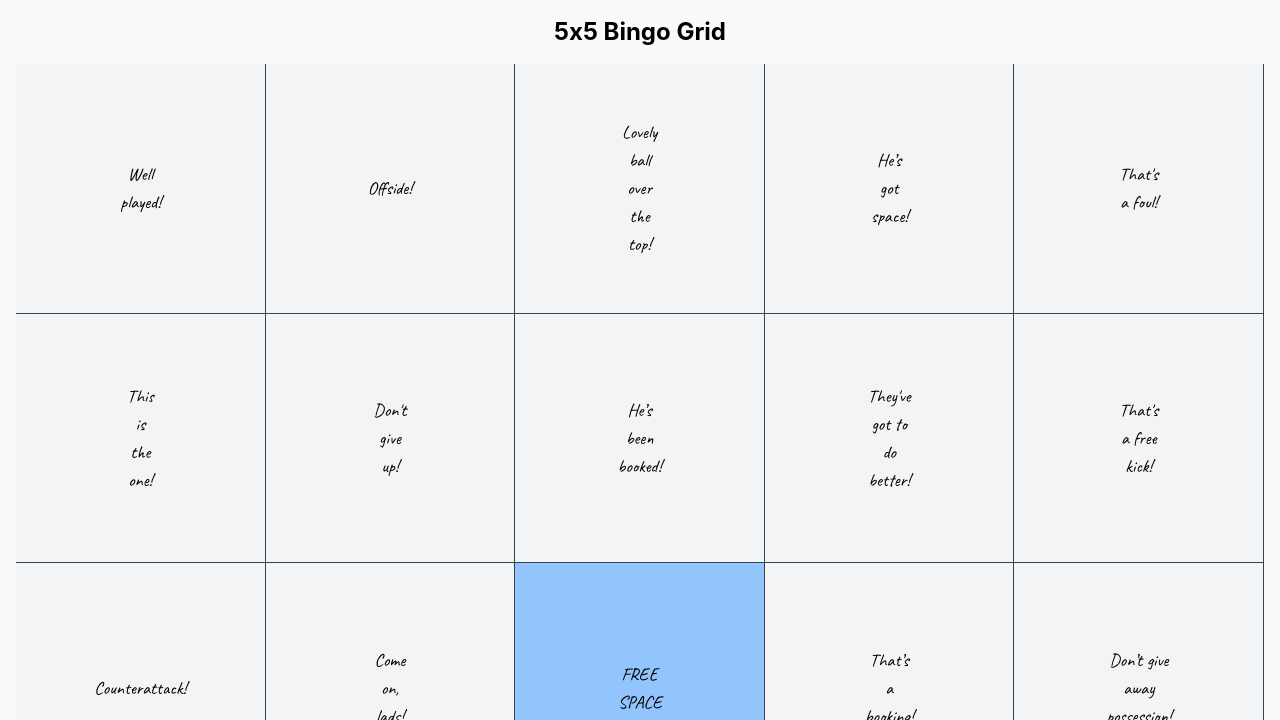
Repository: yassirbn/football-bingo
Page: /
An editor plug-in stored every save of this project. The page is shown before and after the next save, followed by the edit.
The browser window is 1280 px wide. The pictures show the whole page.
The project was rebuilt for these pictures with package versions that can differ from the ones it lists, and the page was loaded fresh each time.

Above is the page before, as saved 2024-11-27 12:29:13.

After the next save:
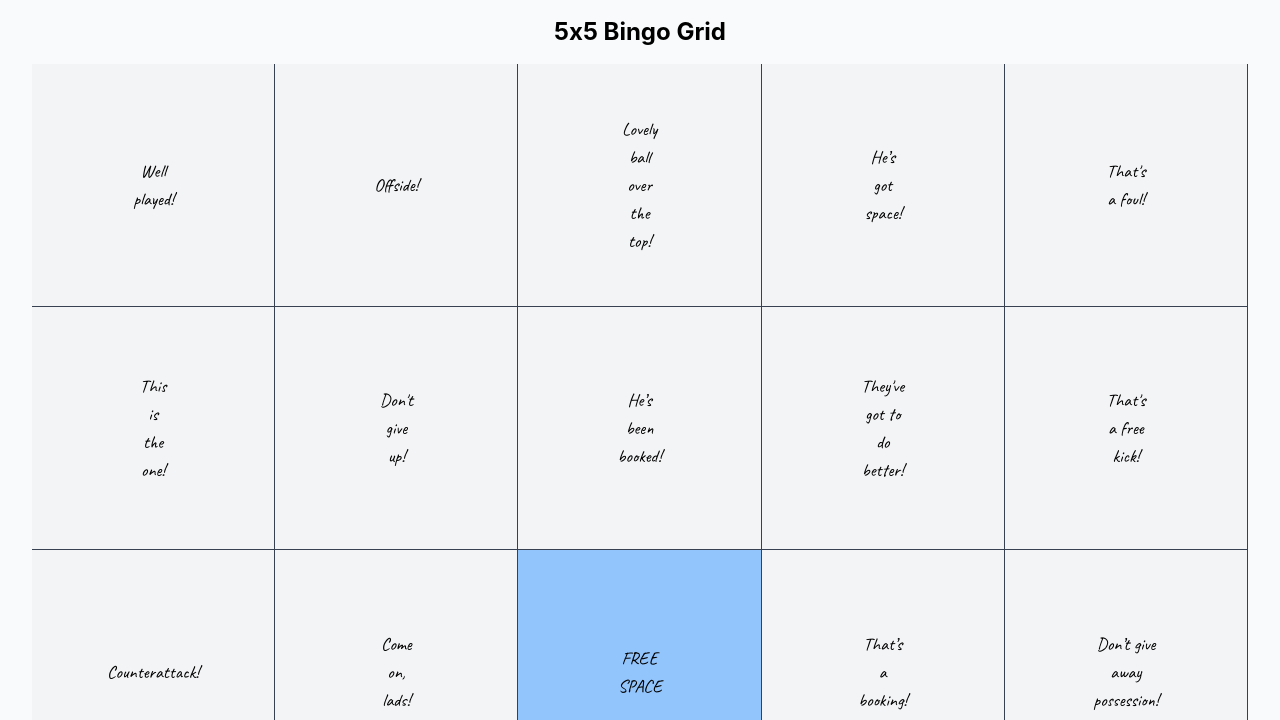
Saved 43 s later.
--- a/src/component/BingoGrid/BingoGrid.js
+++ b/src/component/BingoGrid/BingoGrid.js
@@ -60,7 +60,7 @@ const BingoGrid = ({ words }) => {
   };
 
   return (
-    <div className="p-4 relative h-screen overflow-hidden w-screen">
+    <div className="p-4 relative h-screen overflow-hidden w-screen px-8">
       {/* Fireworks Animation */}
       {bingo && (
         <div className="absolute inset-0 z-20 flex justify-center items-center pointer-events-none">
